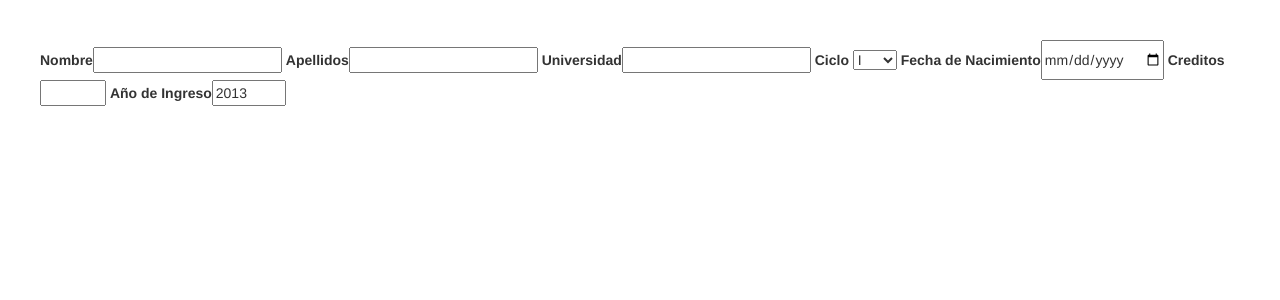
Repository: yoshitomimaehara/sdpa
Page: http://localhost/Sistema_de_Pruebas_Academicas/alumno_insertar.jsp
The author's editor kept a copy of each file at every save. The page is drawn from the files as they stood at one save, then again after the next save.
The browser window is 1280 px wide. The pictures show the whole page.
The page is served by Tomcat 9.

Above is the page before, as saved 2013-10-06 22:24:39.
Console error: TypeError: $(...).alert is not a function

After the next save:
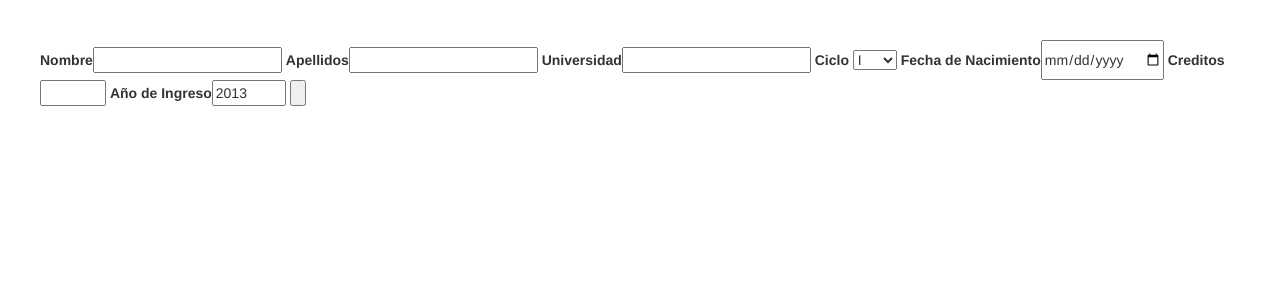
Saved 52 s later.
--- a/Web/Sistema de Pruebas Academicas/Sistema de Pruebas Academicas/WebContent/alumno_insertar.jsp
+++ b/Web/Sistema de Pruebas Academicas/Sistema de Pruebas Academicas/WebContent/alumno_insertar.jsp
@@ -24,8 +24,9 @@
 		</c:forTokens>
 		</select>
 		<label>Fecha de Nacimiento</label><input type="date"/>
-		<label>Creditos</label><input type="number" min="1" max="5" step="0.5">
-		<label>Año de Ingreso</label><input type="number" min="2000" max="2013" value="2013">
+		<label>Creditos</label><input type="number" min="1" max="5" step="0.5"/>
+		<label>Año de Ingreso</label><input type="number" min="2000" max="2013" value="2013"/>
+		<input type="button"/>
 	</form>
 </body>
 </html>
